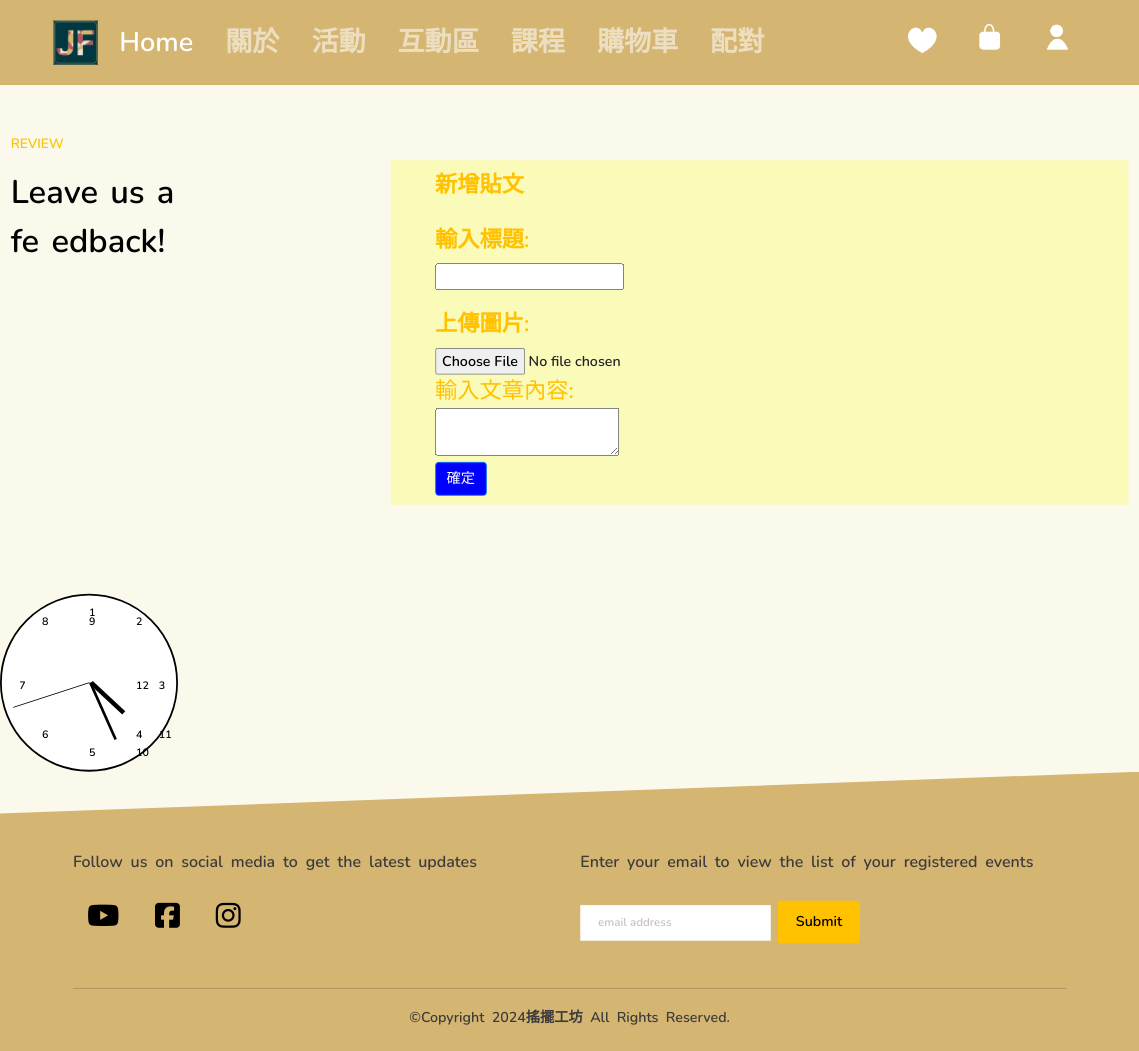
Repository: mmmooonnn0211/project
Page: workspace/demoSpringBoot-1/src/main/resources/static/html/LTInsertFront.html
The author's editor kept a copy of each file at every save. The page is drawn from the files as they stood at one save, then again after the next save.
The browser window is 1280 px wide. The pictures show the whole page, at 89% of full size.
Some web libraries are served in a nearby version.

Above is the page before, as saved 2024-05-09 11:42:07.
Console error: ReferenceError: jQuery is not defined

After the next save:
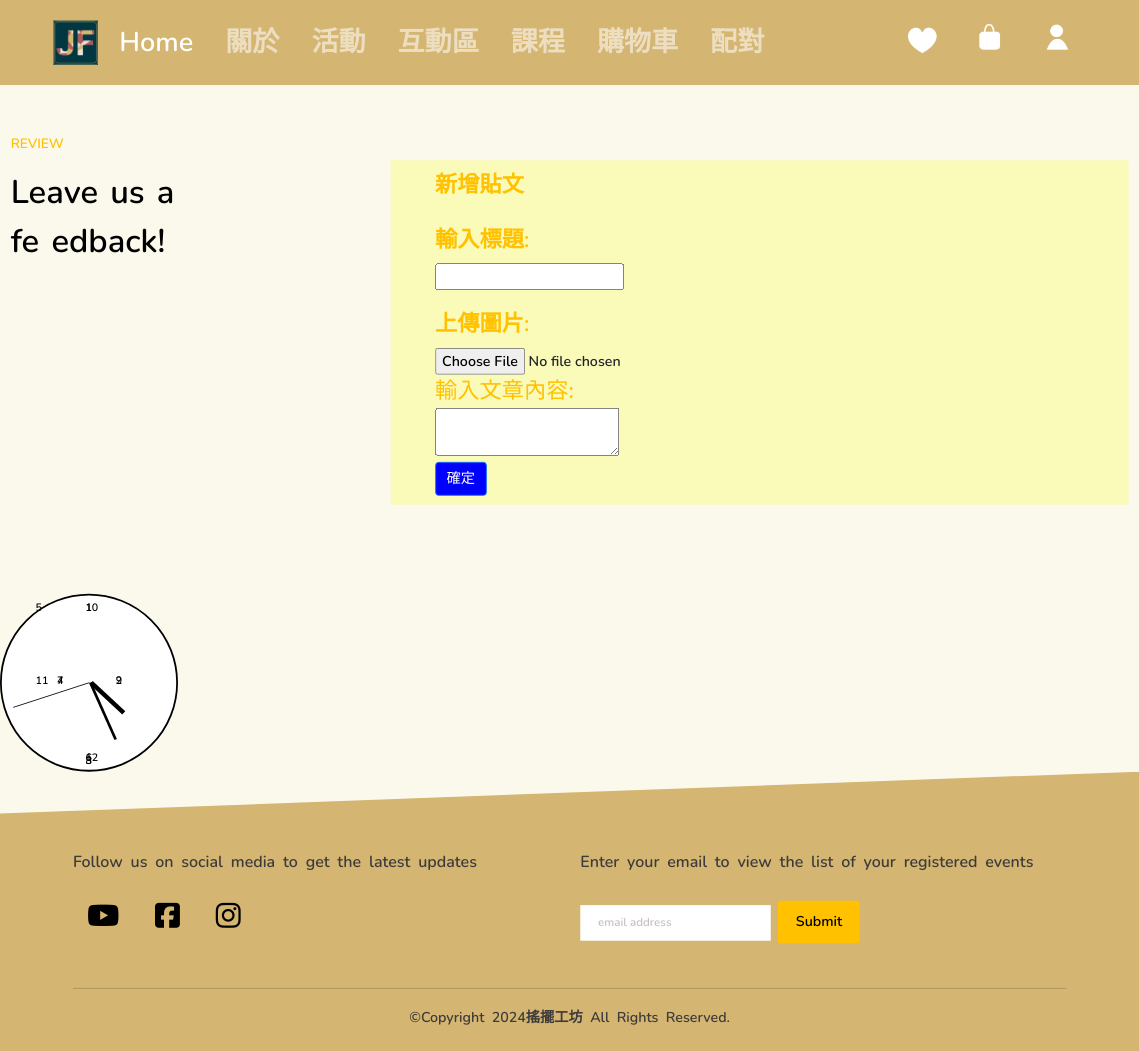
Saved 2 min 31 s later.
--- a/workspace/demoSpringBoot-1/src/main/resources/static/html/LTInsertFront.html
+++ b/workspace/demoSpringBoot-1/src/main/resources/static/html/LTInsertFront.html
@@ -57,66 +57,68 @@
 			position: absolute;
 			font-size: 12px;
 			color: #000;
+			transform-origin: bottom center;
+			/* 將旋轉的中心設置為底部中心 */
 		}
 
 		.number1 {
-			top: 10px;
-			left: 50%;
+			top: 5px;
+			left: calc(50% - 4px);
 		}
 
 		.number2 {
-			top: 20px;
-			left: 77%;
+			top: calc(50% - 12px);
+			left: calc(50% + 30px);
 		}
 
 		.number3 {
-			top: 47%;
-			left: 90%;
+			top: calc(100% - 20px);
+			left: calc(50% - 4px);
 		}
 
 		.number4 {
-			top: 75%;
-			left: 77%;
+			top: calc(50% - 12px);
+			left: calc(50% - 36px);
 		}
 
 		.number5 {
-			top: 85%;
-			left: 50%;
+			top: 5px;
+			left: calc(50% - 60px);
 		}
 
 		.number6 {
-			top: 75%;
-			left: 23%;
+			bottom: 5px;
+			left: calc(50% - 4px);
 		}
 
 		.number7 {
-			top: 47%;
-			left: 10%;
+			top: calc(50% - 12px);
+			left: calc(50% - 36px);
 		}
 
 		.number8 {
-			top: 20px;
-			left: 23%;
+			top: calc(100% - 20px);
+			left: calc(50% - 4px);
 		}
 
 		.number9 {
-			top: 20px;
-			left: 50%;
+			top: calc(50% - 12px);
+			left: calc(50% + 30px);
 		}
 
 		.number10 {
-			top: 85%;
-			left: 77%;
+			top: 5px;
+			left: calc(50% - 4px);
 		}
 
 		.number11 {
-			top: 75%;
-			left: 90%;
+			top: calc(50% - 12px);
+			left: calc(50% - 60px);
 		}
 
 		.number12 {
-			top: 47%;
-			left: 77%;
+			bottom: 5px;
+			left: calc(50% - 4px);
 		}
 	</style>
 	<!-- Bootstrap CSS -->
